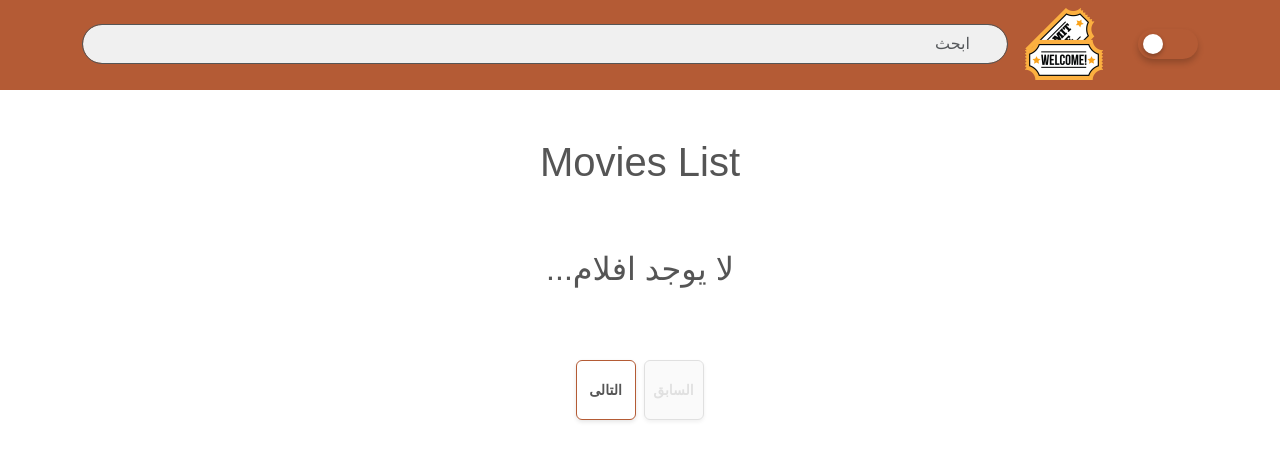
Repository: kerlos-alfy/Movie-List
Page: /
The author's editor kept a copy of each file at every save. The page is drawn from the files as they stood at one save, then again after the next save.
The browser window is 1280 px wide. The pictures show the whole page.
The page's requests for data from a server got no answer. The project was rebuilt for these pictures with package versions that can differ from the ones it lists, and the page was loaded fresh each time. No one was signed in, and anything a server would have sent is missing. Also part of the build but not shown: vite.config.js, src/App.css, src/components/CardMovie.jsx.

Above is the page before, as saved 2025-01-16 05:19:53.

### index.html
<!DOCTYPE html>
<html lang="ar" dir="rtl">
	<head>
		<meta charset="UTF-8" />
		<link rel="icon" type="image/svg+xml" href="https://www.svgrepo.com/show/289436/movies-clapperboard.svg" />
		<link
			rel="stylesheet"
			href="https://cdn.jsdelivr.net/npm/bootstrap@5.3.3/dist/css/bootstrap.min.css"
			integrity="sha384-QWTKZyjpPEjISv5WaRU9OFeRpok6YctnYmDr5pNlyT2bRjXh0JMhjY6hW+ALEwIH"
			crossorigin="anonymous" />
		<meta name="viewport" content="width=device-width, initial-scale=1.0" />
		<title>Movies List</title>
	</head>
	<body>
		<div id="root"></div>
		<script type="module" src="/src/main.jsx"></script>
	</body>
</html>

### src/index.css
/* المتغيرات العامة */
:root {
	--background-color: white;
	--text-color: #555555;
	--primary-color: #b45b35;
	--card-background: #f8f8f8;
	--overlay-background: #393839;
}

/* الوضع الداكن */
.dark-mode {
	--background-color: #121212;
	--text-color: #f0f0f0;
	--primary-color: #ff6f61;
	--card-background: #1e1e1e;
	--overlay-background: #333333;
}

/* أنماط عامة */
body {
	margin: 0;
	background-color: var(--background-color);
	color: var(--text-color);
}

.color-body {
	background-color: var(--background-color);
	height: 100vh;
}

.nav-style {
	height: 90px;
	width: 1440px;
	background-color: var(--primary-color);
}

.logo {
	height: 72px;
	width: 78px;
}

.search {
	position: relative;
}

.search input {
	height: 40px;
	text-indent: 25px;
	border-radius: 20px;
	border: 1px solid var(--text-color);
	background-color: #f0f0f0;
	color: var(--text-color);
}

.search input:focus {
	box-shadow: none;
	border: 2px solid var(--primary-color);
}

.search .fa-search {
	position: absolute;
	top: 12px;
	left: 16px;
	color: var(--text-color);
}

.card {
	position: relative;
	transition: all 0.5s ease-in;
	cursor: pointer;
	height: 375px;
}

.card__image {
	display: block;
	width: 100%;
	height: 100%;
	border-radius: 5px;
}

.card__overlay {
	position: absolute;
	top: 0;
	bottom: 0;
	left: 0;
	right: 0;
	height: 100%;
	width: 100%;
	opacity: 0;
	visibility: none;
	transition: 0.5s ease;
	background-color: var(--overlay-background);
}

.card:hover .card__overlay {
	opacity: 0.8;
}

.overlay__text {
	color: var(--text-color);
	font-size: 16px;
	font-weight: bold;
	position: absolute;
	top: 50%;
	left: 50%;
	-webkit-transform: translate(-50%, -50%);
	-ms-transform: translate(-50%, -50%);
	transform: translate(-50%, -50%);
}

.font {
	font-family: "Almarai", sans-serif;
	font-family: "Cairo", sans-serif;
}

.color {
	color: var(--primary-color);
	background-color: var(--primary-color);
}

.card-detalis {
	height: 370px;
	border-radius: 20px;
	background-color: var(--card-background);
}

.card-story {
	height: 300px;
	border-radius: 20px;
	background-color: var(--card-background);
}

.img-movie {
	height: 360px;
	padding: 10px;
	border-radius: 20px;
}

.card-text-details {
	color: var(--text-color);
	font-family: Almarai;
	font-size: 28px;
	font-weight: bold;
	letter-spacing: 0;
	line-height: 49px;
}

.card-text-story {
	color: var(--text-color);
	font-family: Almarai;
	font-size: 18px;
	letter-spacing: 0;
	line-height: 32px;
}

.card-text-title {
	color: var(--text-color);
	font-family: Almarai;
	font-size: 36px;
	font-weight: bold;
	letter-spacing: 0;
	line-height: 49px;
}

.toggle-btn {
	position: relative;
	width: 60px;
	height: 30px;
	background-color: var(--primary-color);
	border-radius: 15px;
	cursor: pointer;
	transition: background-color 0.3s ease-in-out;
	display: flex;
	align-items: center;
	padding: 5px;
	box-shadow: 0 4px 6px rgba(0, 0, 0, 0.2);
}

.toggle-btn::before {
	content: "";
	position: absolute;
	top: 50%;
	left: 5px;
	width: 20px;
	height: 20px;
	background-color: #fff;
	border-radius: 50%;
	transform: translateY(-50%);
	transition: all 0.3s ease-in-out;
	box-shadow: 0 2px 4px rgba(0, 0, 0, 0.3);
}

.toggle-btn.dark {
	background-color: #555;
}

.toggle-btn.dark::before {
	left: 35px;
}

.pagination {
	display: flex;
	justify-content: center;
	align-items: center;
	gap: 8px; /* مسافة بين الأزرار */
	padding: 10px;
	border-radius: 10px;
}

.pagination .page-item {
	list-style: none;
}

.pagination .page-link {
	background-color: var(--background-color, white); /* خلفية الزر */
	color: var(--text-color, #555555); /* لون النص */
	border: 1px solid var(--primary-color, #b45b35); /* الإطار */
	border-radius: 6px; /* حواف مستديرة */
	width: 60px;
	height: 60px;
	display: flex;
	justify-content: center;
	align-items: center;
	font-weight: bold;
	font-size: 14px;
	transition: all 0.3s ease-in-out;
	box-shadow: 0 2px 4px rgba(0, 0, 0, 0.1); /* ظل خفيف للأزرار */
}

.pagination .page-link:hover {
	background-color: var(--primary-color, #b45b35);
	color: var(--background-color, white);
	transform: scale(1.1); /* تكبير بسيط عند التمرير */
	box-shadow: 0 4px 8px rgba(0, 0, 0, 0.2); /* ظل أقوى عند التمرير */
}

.pagination .page-item.active .page-link {
	background-color: var(--primary-color, #b45b35); /* لون الأزرار النشطة */
	color: var(--background-color, white);
	border-color: var(--primary-color, #b45b35);
	font-weight: bold;
	box-shadow: 0 3px 6px rgba(0, 0, 0, 0.15);
}

.pagination .page-item.disabled .page-link {
	background-color: var(--card-background, #f8f8f8);
	color: #cccccc;
	border: 1px solid #cccccc;
	pointer-events: none;
	opacity: 0.6; /* تأثير تعتيم للأزرار المعطلة */
}

.pagination .page-link:focus {
	outline: none;
	box-shadow: 0 0 0 3px var(--overlay-background, #393839); /* تأثير التركيز */
}

### src/App.jsx
import "./App.css";
import { Container } from "react-bootstrap";
import NavBar from "./components/NavBar";
import MoviesList from "./components/MoviesList";
import axios from "axios";
import { useState, useEffect } from "react";
function App() {
	const [movies, setMovies] = useState([]);
	const [pageCount, setPageCount] = useState(0);
	const getAllMovies = async () => {
		const res = await axios.get("https://api.themoviedb.org/3/movie/popular?api_key=3ac2c05f95f92e69875f1b70453ca0cd&language=ar");
		setMovies(res.data.results);
		setPageCount(res.data.total_pages);
	};
	const search = async (word) => {
		if (word === "") {
			getAllMovies();
		} else {
			const res = await axios.get(`https://api.themoviedb.org/3/search/movie?api_key=3ac2c05f95f92e69875f1b70453ca0cd&query=${word}&language=ar`);
			setMovies(res.data.results);
			setPageCount(res.data.total_pages);
		}
	};

	//get current page
	const getPage = async (page) => {
		const res = await axios.get(`https://api.themoviedb.org/3/movie/popular?api_key=3ac2c05f95f92e69875f1b70453ca0cd&language=ar&page=${page}`);
		setMovies(res.data.results);
		setPageCount(res.data.total_pages);
	};

	useEffect(() => {
		getAllMovies();
	}, []);
	return (
		<div className="font color-body">
			<NavBar search={search} />
			<Container>
				<h1 className="text-center mt-5">Movies List</h1>
				<MoviesList movies={movies} pageCount={pageCount} getPage={getPage} />
			</Container>
		</div>
	);
}

export default App;

### src/components/NavBar.jsx
/* eslint-disable react/prop-types */
import { Container, Row, Col } from "react-bootstrap";
import DarkModeToggle from "./DarkModeToggle";

function NavBar({ search }) {
	const onSearch = (word) => {
		search(word);
	};
	return (
		<div className="nav-style w-100">
			<Container>
				<Row className="pt-2">
					{/* زر الوضع الداكن */}
					<Col xs="2" lg="1" className="d-flex align-items-center">
						<DarkModeToggle />
					</Col>

					{/* الشعار */}
					<Col xs="2" lg="1" className="d-flex align-items-center">
						<a href="/">
							<img className="logo" src="logo.png" alt="Logo" />
						</a>
					</Col>

					{/* مربع البحث */}
					<Col xs="8" lg="10" className="d-flex align-items-center">
						<div className="search w-100">
							<i className="fa fa-search"></i>
							<input
								onChange={(e) => {
									onSearch(e.target.value);
								}}
								type="text"
								className="form-control"
								placeholder="ابحث"
							/>
						</div>
					</Col>
				</Row>
			</Container>
		</div>
	);
}

export default NavBar;

### src/components/MoviesList.jsx
/* eslint-disable react/prop-types */
import { Row } from "react-bootstrap";
import CardMovie from "./CardMovie";
import PaginationComponent from "./Pagination";
function MoviesList({ movies, pageCount, getPage }) {
	return (
		<Row className="mt-3">
			{movies.length >= 1 ? (
				movies.map((mov) => {
					return <CardMovie key={mov.id} mov={mov} />;
				})
			) : (
				<h2 className="text-center p-5">لا يوجد افلام...</h2>
			)}
			<PaginationComponent pageCount={pageCount} getPage={getPage} />
		</Row>
	);
}

export default MoviesList;

### src/components/DarkModeToggle.jsx
import { useState, useEffect } from "react";
function DarkModeToggle() {
	const [isDarkMode, setIsDarkMode] = useState(() => {
		return localStorage.getItem("dark-mode") === "true" || false;
	});

	useEffect(() => {
		if (isDarkMode) {
			document.body.classList.add("dark-mode");
		} else {
			document.body.classList.remove("dark-mode");
		}
		localStorage.setItem("dark-mode", isDarkMode);
	}, [isDarkMode]);

	return <div className={`toggle-btn ${isDarkMode ? "dark" : ""}`} onClick={() => setIsDarkMode(!isDarkMode)}></div>;
}

export default DarkModeToggle;

### src/components/Pagination.jsx
/* eslint-disable react/prop-types */
import ReactPaginate from "react-paginate";
import { Pagination } from "react-bootstrap";

function PaginationComponent({ pageCount, getPage }) {
	const handlePageClick = (data) => {
		getPage(data.selected + 1);
	};
	return (
		<ReactPaginate
			breakLabel="..."
			nextLabel="التالى"
			onPageChange={handlePageClick}
			marginPagesDisplayed={2}
			pageRangeDisplayed={2}
			pageCount={pageCount}
			previousLabel="السابق"
			containerClassName={"pagination justify-content-center p-3"}
			pageClassName={"page-item"}
			pageLinkClassName={"page-link"}
			previousClassName={"page-item"}
			nextClassName={"page-item"}
			previousLinkClassName={"page-link"}
			nextLinkClassName={"page-link"}
			breakClassName={"page-item"}
			breakLinkClassName={"page-link"}
			activeClassName={"active"}
		/>
	);
}

export default PaginationComponent;

Loaded but not shown: src/main.jsx (common file)

After the next save:
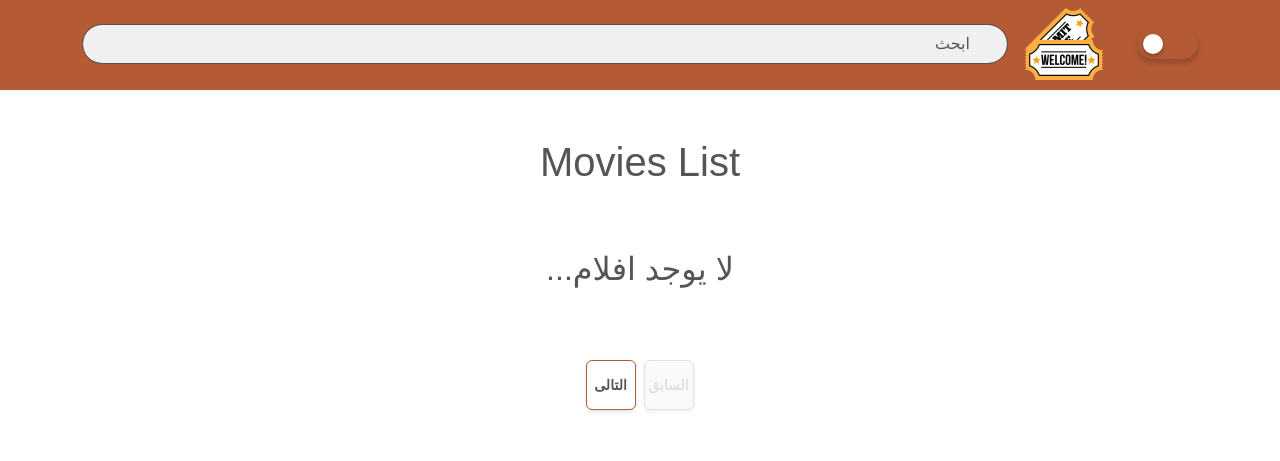
Saved 11 s later.
--- a/src/index.css
+++ b/src/index.css
@@ -216,8 +216,8 @@ body {
 	color: var(--text-color, #555555); /* لون النص */
 	border: 1px solid var(--primary-color, #b45b35); /* الإطار */
 	border-radius: 6px; /* حواف مستديرة */
-	width: 60px;
-	height: 60px;
+	width: 50px;
+	height: 50px;
 	display: flex;
 	justify-content: center;
 	align-items: center;
